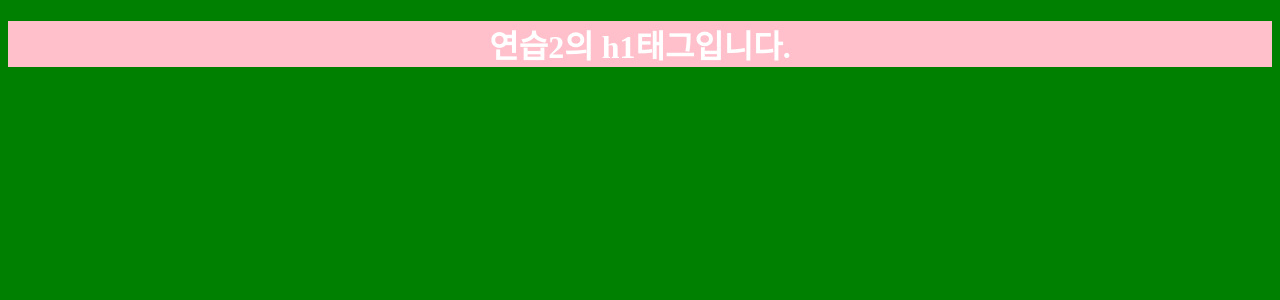
Repository: blinggg/html_git
Page: 0406/ex0406/WebContent/ex02.html
The author's editor kept a copy of each file at every save. The page is drawn from the files as they stood at one save, then again after the next save.
The browser window is 1280 px wide. The pictures show the whole page.

Above is the page before, as saved 2020-04-06 01:11:23.

### 0406/ex0406/WebContent/ex02.html
<!DOCTYPE html>
<html>
<head>
	<meta charset="UTF-8">
	<title>연습2</title>
	<link rel="stylesheet" href="home.css"/>
	<style>
	h1 {background:blue;}
	</style>
</head>
<body>
	<h1 style="background:pink">연습2의 h1태그입니다.</h1>
</body>
</html>

### 0406/ex0406/WebContent/home.css
@charset "UTF-8";

 /*주석*/
	h1{color:white;
	background:black;text-align:center;}

	h2{color:red;
	background:yellow;text-align:right;}

	body{background:green;}

	h3{background:pink;}

After the next save:
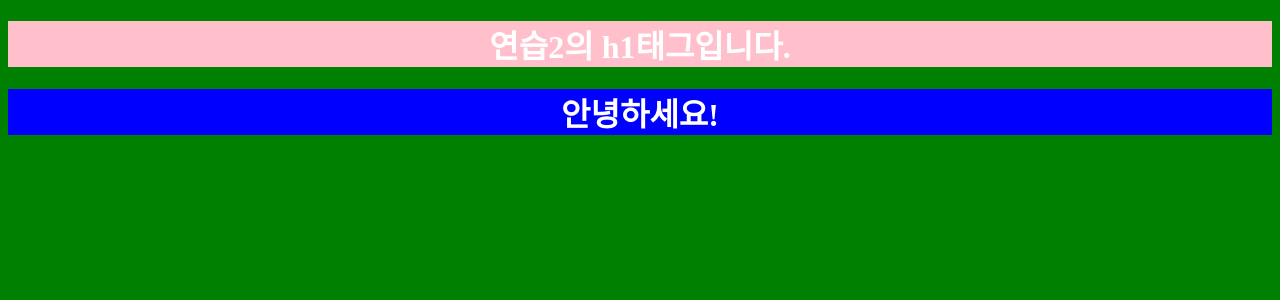
Saved 25 s later.
--- a/0406/ex0406/WebContent/ex02.html
+++ b/0406/ex0406/WebContent/ex02.html
@@ -10,5 +10,6 @@
 </head>
 <body>
 	<h1 style="background:pink">연습2의 h1태그입니다.</h1>
+	<h1>안녕하세요!</h1>
 </body>
 </html>
